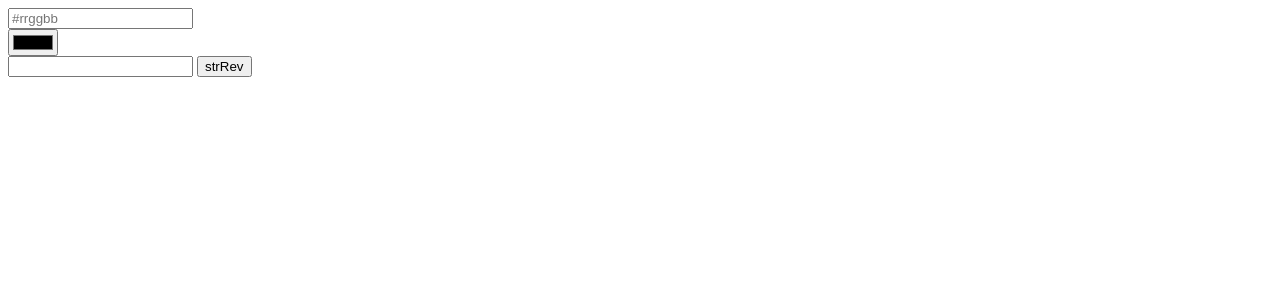
Repository: Micheal11/ReverseStringAssignment
Page: src/MyWidget/widget/template/MyWidget.html
These files come from the project's save history. The page is drawn as it stood at one moment and after the next save; the edit follows.
The browser window is 1280 px wide. The pictures show the whole page.

Above is the page before, as saved 2017-07-14 11:36:05.

After the next save:
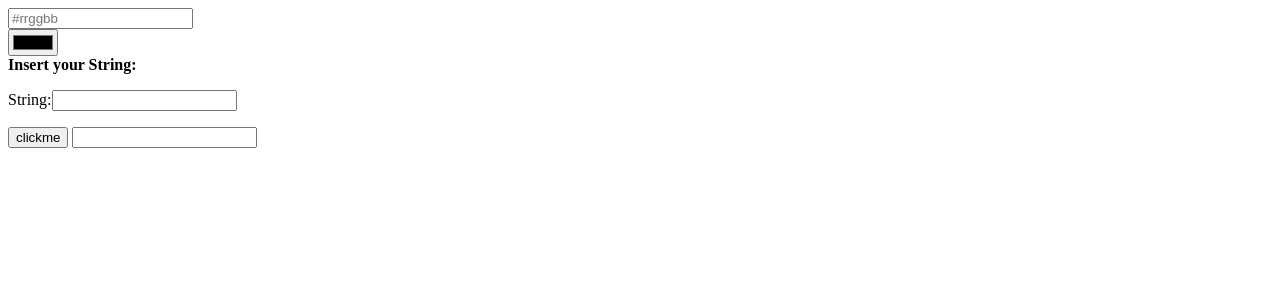
Saved 7 min 20 s later.
--- a/src/MyWidget/widget/template/MyWidget.html
+++ b/src/MyWidget/widget/template/MyWidget.html
@@ -1,11 +1,18 @@
+
+
 <div class="widgetname">
     <form>
         <div class="input-group" data-dojo-attach-point="inputNodes">
             <input type="text" class="form-control" placeholder="#rrggbb" data-dojo-attach-point="colorInputNode">
             <div class="input-group-addon"><input type="color" data-dojo-attach-point="colorSelectNode"></div>
         </div>
-		<input type = "text" class = "pointing" data-dojo-attach-point = "strRev">
-		<input type = "button" data-dojo-attach-event = "onClick: reversedString" value = "strRev">
+          <div>
+                <b>Insert your String:</b>
+                <p>String:<input type="text"  name="myString" id="myString"></p>
+                <button type="button" data-dojo-attach-event = "onClick: reversedString">clickme</button>
+                <input type="text" data-dojo-attach-point="ss">
+            </div>
     </form>
+
     <div class="widgetname-infoTextNode" data-dojo-attach-point="infoTextNode" />
 </div>
